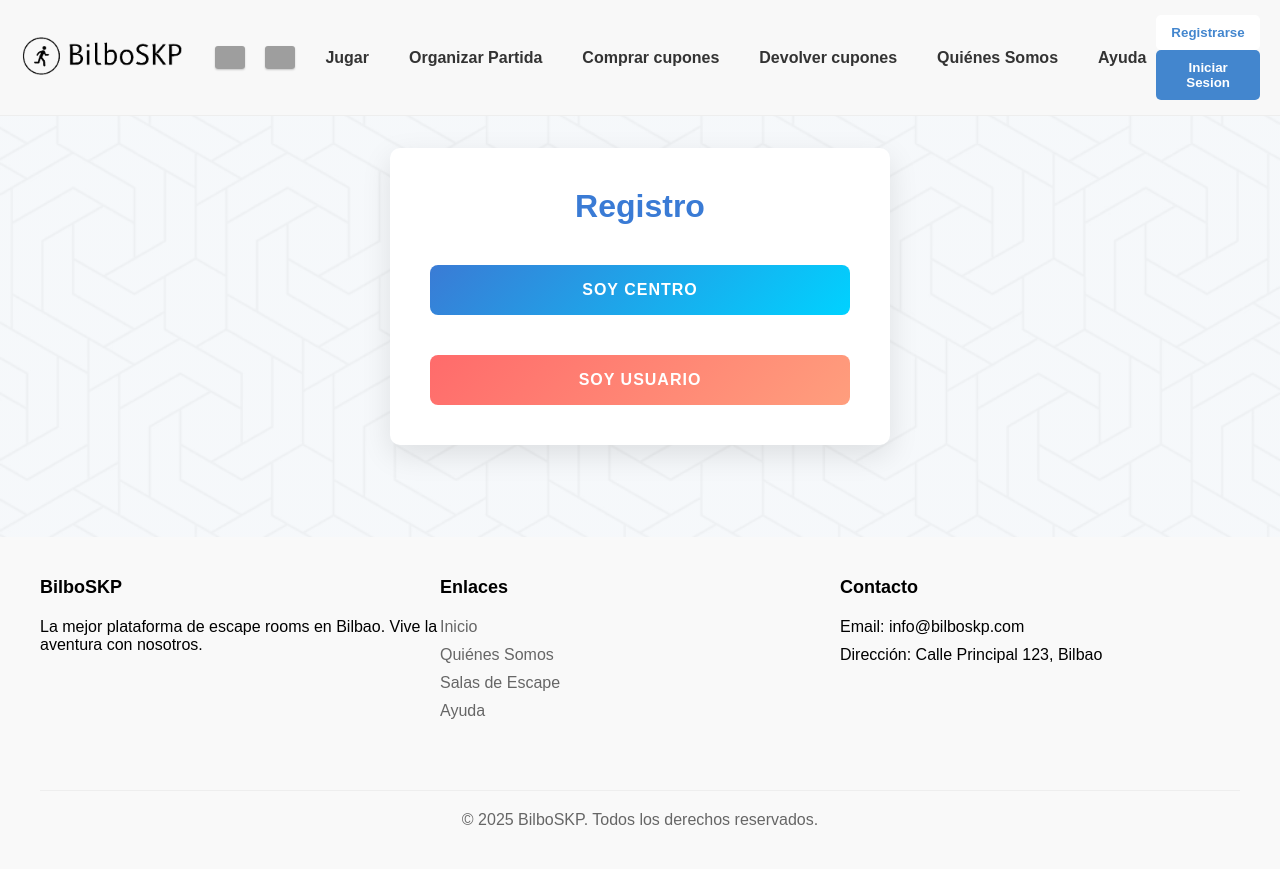
Repository: Andrew1447/Reto3-main
Page: http://localhost/bilboSKP/Registrar.jsp
These files come from the project's save history. The page is drawn as it stood at one moment and after the next save; the edit follows.
The browser window is 1280 px wide. The pictures show the whole page.
Pictures or frames that could not be fetched are drawn as grey boxes. Backgrounds fixed to the window are drawn as part of the page. Some web fonts or font styles are not loaded; a fallback is used. The page is served by Tomcat 9. Other server files are loaded and not shown. The template is opened directly, without the code that normally fills it, so the values that code supplies are empty.

Above is the page before, as saved 2025-04-27 15:50:37.

### bilboSKP/src/main/webapp/Registrar.jsp
<%@ page language="java" contentType="text/html; charset=UTF-8" pageEncoding="UTF-8"%>
<!DOCTYPE html>
<html lang="en">
<head>
    <meta charset="UTF-8">
    <meta name="viewport" content="width=device-width, initial-scale=1.0">
    <title>Login</title>
    <link rel="stylesheet" href="styles/style.css">
    <link rel="stylesheet" href="styles/Resgistrarmenu.css">
    <link rel="preconnect" href="https://fonts.googleapis.com">
    <link rel="preconnect" href="https://fonts.gstatic.com" crossorigin>
    <link href="https://fonts.googleapis.com/css2?family=Ubuntu:ital,wght@0,300;0,400;0,500;0,700;1,300;1,400;1,500;1,700&display=swap" rel="stylesheet">
</head>
<body>
<header>
    <div class="logo-container">
        <a href="Index.jsp"><img src="img/bilboskp-high-resolution-logo-removebg-preview.png"></a>

        <div class="language-selector">
                <a href="?lang=es" title="Español">
                    <img src="https://upload.wikimedia.org/wikipedia/commons/thumb/9/9a/Flag_of_Spain.svg/1200px-Flag_of_Spain.svg.png" alt="Bandera de España">
                </a>
                <a href="?lang=en" title="English">
                    <img src="https://upload.wikimedia.org/wikipedia/commons/thumb/8/83/Flag_of_the_United_Kingdom_%283-5%29.svg/1200px-Flag_of_the_United_Kingdom_%283-5%29.svg.png" alt="Bandera del Reino Unido">
                </a>
            </div>
        </div>

    <nav>

        <a href="EscapeRooms.jsp">Jugar</a>
        <a href="OrganizarPartida.jsp">Organizar Partida</a>
        <a href="Packcupones.jsp">Comprar cupones</a>
		<a href="DevolverCupones.jsp">Devolver cupones</a>
        <a href="QuienesSomos.jsp">Quiénes Somos</a>
        <a href="Ayuda.jsp">Ayuda</a>

        <%
            Integer idRolUsuario = (Integer) request.getAttribute("idRol");
            Integer idCentroSesion = (Integer) request.getAttribute("idCentroSesion");

            // Mostrar "Registrar Centro" solo si el usuario no está logueado como centro
            if (idCentroSesion == null && idRolUsuario != null && idRolUsuario.equals(2)) {
        %>
                <a href="CentroRegistro.jsp">Registrar Centro</a>
        <%
            }
        %>
    </nav>

<div class="botones">
    <%
        String nombreSesion = (String) request.getAttribute("nombreSesion");
        String tipoUsuario = (String) request.getAttribute("tipoUsuario");
        Integer saldoCupones = (Integer) request.getAttribute("saldoCupones");

        if (nombreSesion != null && !nombreSesion.isEmpty()) {
            if (tipoUsuario != null && tipoUsuario.equals("usuario")) {
    %>
                <span class="nombre-usuario">Bienvenido, <%= nombreSesion %> (<%= saldoCupones != null ? saldoCupones : 0 %> cupones)</span>
                <button onclick="window.location.href='LogoutServlet'">Cerrar Sesión</button>
    <%
            } else if (tipoUsuario != null && tipoUsuario.equals("centro")) {
    %>
                <span class="nombre-centro">Bienvenido, <%= nombreSesion %></span>
                <button onclick="window.location.href='LogoutCentroServlet'">Cerrar Sesión</button>
    <%
            }
        } else {
    %>
        <button class= "registrarse" onclick="window.location.href='Registrar.jsp'">Registrarse</button>
        <button onclick="window.location.href='login.jsp'">Iniciar Sesion</button>
    <%
        }
    %>
</div>
    </header>
    <div class="content-container">
        <div class="card">
            <h2>Registro</h2>
            <button class="casino-btn" onclick="window.location.href='SolicitudEmail.jsp'">SOY CENTRO</button>

            <button class="usuario-btn" onclick="window.location.href='Registrar3.jsp'">SOY USUARIO</button>
        </div>
    </div>
    <footer>
        <div class="container">
            <div class="footer-content">
                <div class="footer-column">
                    <h3>BilboSKP</h3>
                    <p>La mejor plataforma de escape rooms en Bilbao. Vive la aventura con nosotros.</p>
                </div>
                <div class="footer-column">
                    <h3>Enlaces</h3>
                    <ul>
                        <li><a href="Index.jsp">Inicio</a></li>
                        <li><a href="QuienesSomos.jsp">Quiénes Somos</a></li>
                        <li><a href="EscapeRooms.jsp">Salas de Escape</a></li>
                        <li><a href="Ayuda.jsp">Ayuda</a></li>
                    </ul>
                </div>
                <div class="footer-column">
                    <h3>Contacto</h3>
                    <ul>
                        <li>Email: info@bilboskp.com</li>
                        <li>Dirección: Calle Principal 123, Bilbao</li>
                    </ul>
                </div>
            </div>
            <div class="footer-bottom">
                <p>&copy; 2025 BilboSKP. Todos los derechos reservados.</p>
            </div>
        </div>
    </footer>
</body>
</html>

### bilboSKP/src/main/webapp/styles/style.css
* {
      margin: 0;
      padding: 0;
      box-sizing: border-box;
    }

body {
    font-family: "Ubuntu", sans-serif;
    font-weight: 500;
    font-style: normal;
    background-color: #f4f7fa;
    margin: 0;
    padding: 0;
    background-image: linear-gradient(rgba(244, 247, 250, 0.85), rgba(244, 247, 250, 0.85)), url('../img/fondod.png');
    background-repeat: no-repeat;
    background-size: cover;
    background-position: center;
    background-attachment: fixed; /* Esto asegura que el fondo permanezca fijo */
}

.logo-container {
            display: flex;
            align-items: center;
        }

        .logo-container img {
            height: 50px;
            width: auto;
        }

  .language-selector {
            display: flex;
            align-items: center;
            margin-left: 20px;
        }

        .language-selector a {
            display: flex;
            align-items: center;
            margin: 0 5px;
            padding: 5px;
            border-radius: 4px;
            transition: background-color 0.2s;
        }

        .language-selector a:hover {
            background-color: #f0f0f0;
        }

        .language-selector img {
            width: 30px;
            height: auto;
            border-radius: 3px;
            box-shadow: 0 1px 2px rgba(0, 0, 0, 0.2);
        }

header {
    display: grid;
    grid-template-columns: 1fr auto 1fr;
    align-items: center;
    padding: 15px 20px;
    background-color: #f8f8f8;
    border-bottom: 1px solid #eee;
}

header > a:first-child {
    justify-self: start;
}

header a img {
    max-height: 50px;
}

header nav {
    grid-column: 2;
    display: flex;
    justify-content: center;
    gap: 20px; /* Equal spacing between links */
}

header nav a {
    text-decoration: none;
    color: #333;
    margin-left: 20px;
    font-weight: bold;
}

header nav a:hover {
    color: #4386ce;
}

header button {
    background-color: #4386ce;
    color: white;
    border: none;
    padding: 10px 15px;
    border-radius: 5px;
    cursor: pointer;
    margin-left: 10px;
    font-weight: bold;
}

header button:hover {
    background-color: #437cb8;
}


body{
  font-family: "Ubuntu", sans-serif;
  font-weight: 500;
  font-style: normal;
  background-repeat: no-repeat;
  background-size: cover;
  background-attachment: fixed;
}

.botones {
    grid-column: 3;
    justify-self: end;
}

.registrarse{
    background-color: #ffff;
    color: #4386ce;
    font-weight: bold;
}
.registrarse:hover{
    background-color: #cfcfcf;
    color: #4386ce;
    font-weight: bold;
}



	.container {
	width: 100%;
    max-width: 1200px;
    margin: 0 auto;
	}


        /* Footer */
        footer {
            background-color: #f9f9f9;
            padding: 40px 0;
            margin-top: 60px;
        }

        .footer-content {
            display: flex;
            justify-content: space-between;
            flex-wrap: wrap;
        }

        .footer-column {
            flex: 1;
            min-width: 200px;
            margin-bottom: 20px;
        }

        .footer-column h3 {
            margin-bottom: 20px;
            font-size: 18px;
        }

        .footer-column ul {
            list-style: none;
        }

        .footer-column ul li {
            margin-bottom: 10px;
        }

        .footer-column ul li a {
            text-decoration: none;
            color: #666;
        }

        .footer-bottom {
            text-align: center;
            margin-top: 40px;
            padding-top: 20px;
            border-top: 1px solid #eee;
            color: #666;
        }

        /* Responsive */
        @media (max-width: 768px) {
            header {
                flex-direction: column;
                gap: 15px;
            }

            nav ul {
                margin: 15px 0;
                flex-wrap: wrap;
                justify-content: center;
            }

            .about-content {
                flex-direction: column;
            }

            .features {
                grid-template-columns: 1fr;
            }

            .carousel-container {
                height: 300px;
            }
        }

### bilboSKP/src/main/webapp/styles/Resgistrarmenu.css
@import url("https://fonts.googleapis.com/css2?family=Ubuntu:ital,wght@0,300;0,400;0,500;0,700;1,300;1,400;1,500;1,700&display=swap");

:root {
  --primary-color: #3a7bd5;
  --secondary-color: #00d2ff;
  --accent-color: #ff6b6b;
  --background-color: #f5f7fa;
  --card-background: #ffffff;
  --text-color: #333333;
  --button-text: #ffffff;
}
/* General styles */
.page-container {
  min-height: 100vh;
  display: flex;
  flex-direction: column;
}


/* Content container styles */
.content-container {
  flex: 1;
  display: flex;
  justify-content: center;
  align-items: center;
  padding: 2rem;
}

/* Card styles */
.card {
  background-color: var(--card-background);
  border-radius: 10px;
  box-shadow: 0 10px 30px rgba(0, 0, 0, 0.1);
  padding: 2.5rem;
  width: 100%;
  max-width: 500px;
  display: flex;
  flex-direction: column;
  align-items: center;
  gap: 1.5rem;
  transition: transform 0.3s ease, box-shadow 0.3s ease;
}

.card:hover {
  transform: translateY(-5px);
  box-shadow: 0 15px 35px rgba(0, 0, 0, 0.15);
}

.card h2 {
  font-size: 2rem;
  font-weight: 700;
  color: var(--primary-color);
  margin-bottom: 1rem;
  text-align: center;
}

/* Button styles */
.card button {
  width: 100%;
  padding: 1rem;
  border: none;
  border-radius: 8px;
  font-family: "Ubuntu", sans-serif;
  font-size: 1rem;
  font-weight: 700;
  cursor: pointer;
  transition: all 0.3s ease;
  color: var(--button-text);
  letter-spacing: 1px;
}

.casino-btn {
  background: linear-gradient(135deg, var(--primary-color), var(--secondary-color));
  margin-bottom: 1rem;
}

.usuario-btn {
  background: linear-gradient(135deg, var(--accent-color), #ff9e7d);
}

.card button:hover {
  transform: translateY(-3px);
  box-shadow: 0 5px 15px rgba(0, 0, 0, 0.2);
}

.card button:active {
  transform: translateY(0);
  box-shadow: 0 2px 5px rgba(0, 0, 0, 0.2);
}


/* Responsive styles */
@media (max-width: 768px) {
  header {
    flex-direction: column;
    padding: 1rem;
    gap: 1rem;
  }

  nav {
    gap: 1rem;
    width: 100%;
    justify-content: center;
  }

  .card {
    padding: 2rem 1.5rem;
  }
}

@media (max-width: 480px) {
  nav {
    flex-direction: column;
    align-items: center;
    gap: 0.5rem;
  }

  .card h2 {
    font-size: 1.5rem;
  }

  .card button {
    padding: 0.8rem;
  }
}

After the next save:
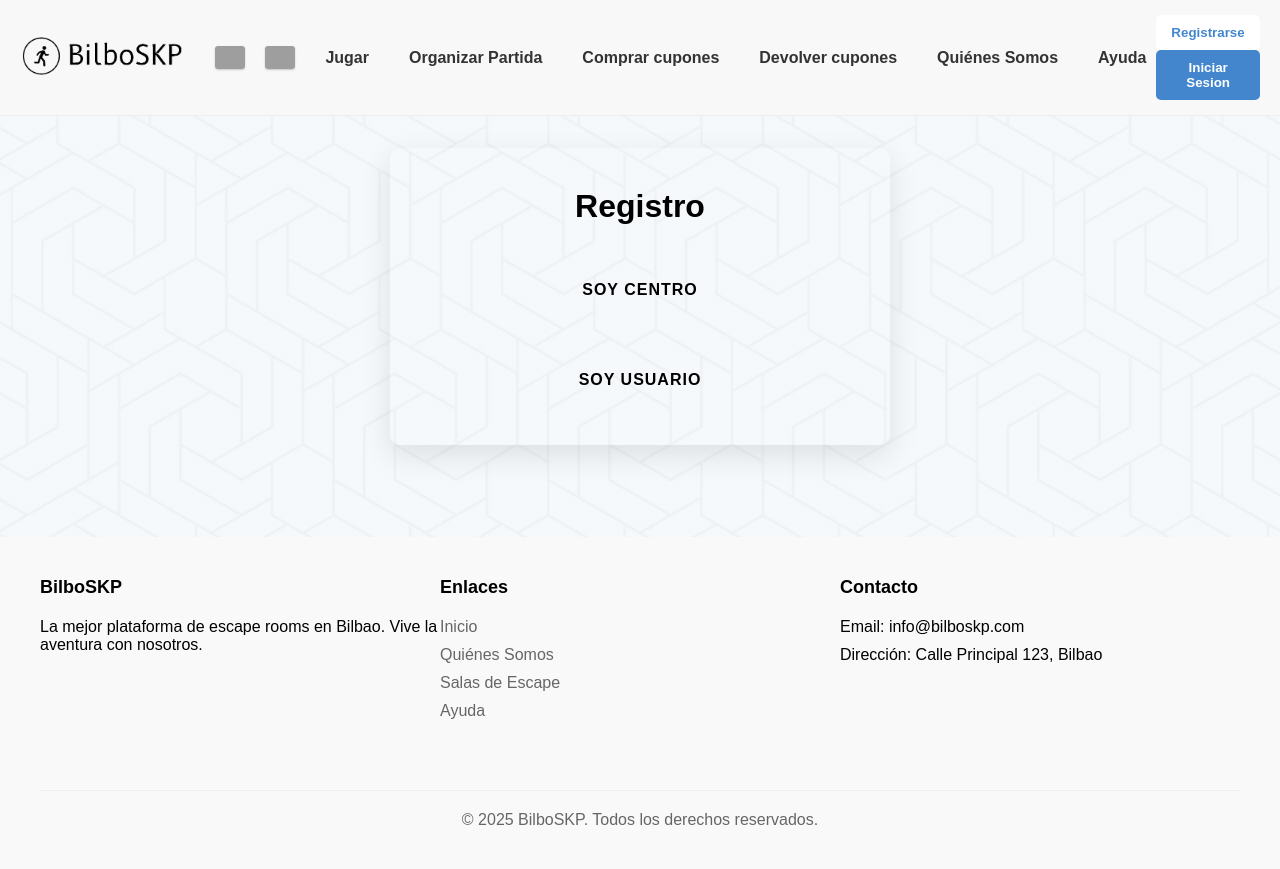
Saved 75 s later.
--- a/bilboSKP/src/main/webapp/styles/Resgistrarmenu.css
+++ b/bilboSKP/src/main/webapp/styles/Resgistrarmenu.css
@@ -1,14 +1,5 @@
 @import url("https://fonts.googleapis.com/css2?family=Ubuntu:ital,wght@0,300;0,400;0,500;0,700;1,300;1,400;1,500;1,700&display=swap");
 
-:root {
-  --primary-color: #3a7bd5;
-  --secondary-color: #00d2ff;
-  --accent-color: #ff6b6b;
-  --background-color: #f5f7fa;
-  --card-background: #ffffff;
-  --text-color: #333333;
-  --button-text: #ffffff;
-}
 /* General styles */
 .page-container {
   min-height: 100vh;
